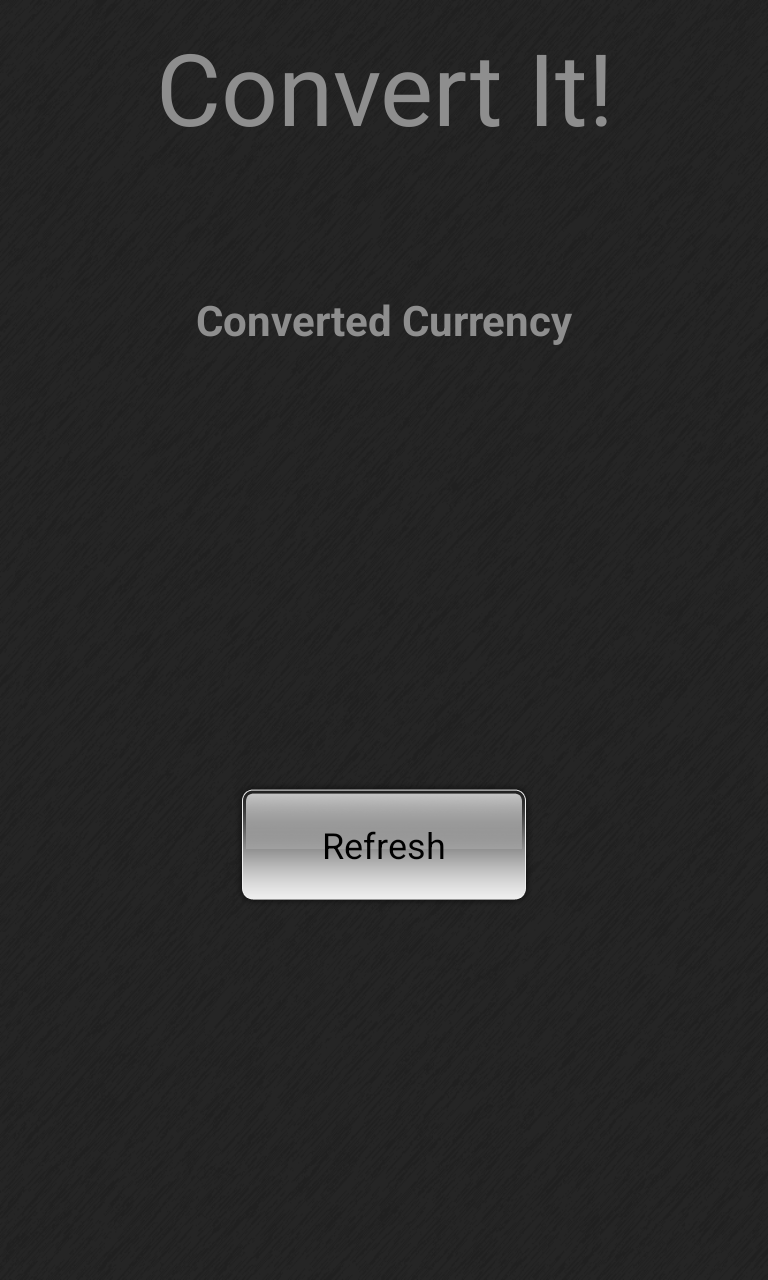
Repository: efreestone/MDF3_Freestone
Layout: ConvertIt/res/layout/activity_main.xml
An editor plug-in stored every save of this project. The layout is shown before and after the next save, followed by the edit.
It is drawn on a 768 x 1280 px phone screen (xhdpi) without system bars, with theme AppTheme; the app's code is not run.

Above is the layout before, as saved 2014-07-11 02:16:03.

After the next save:
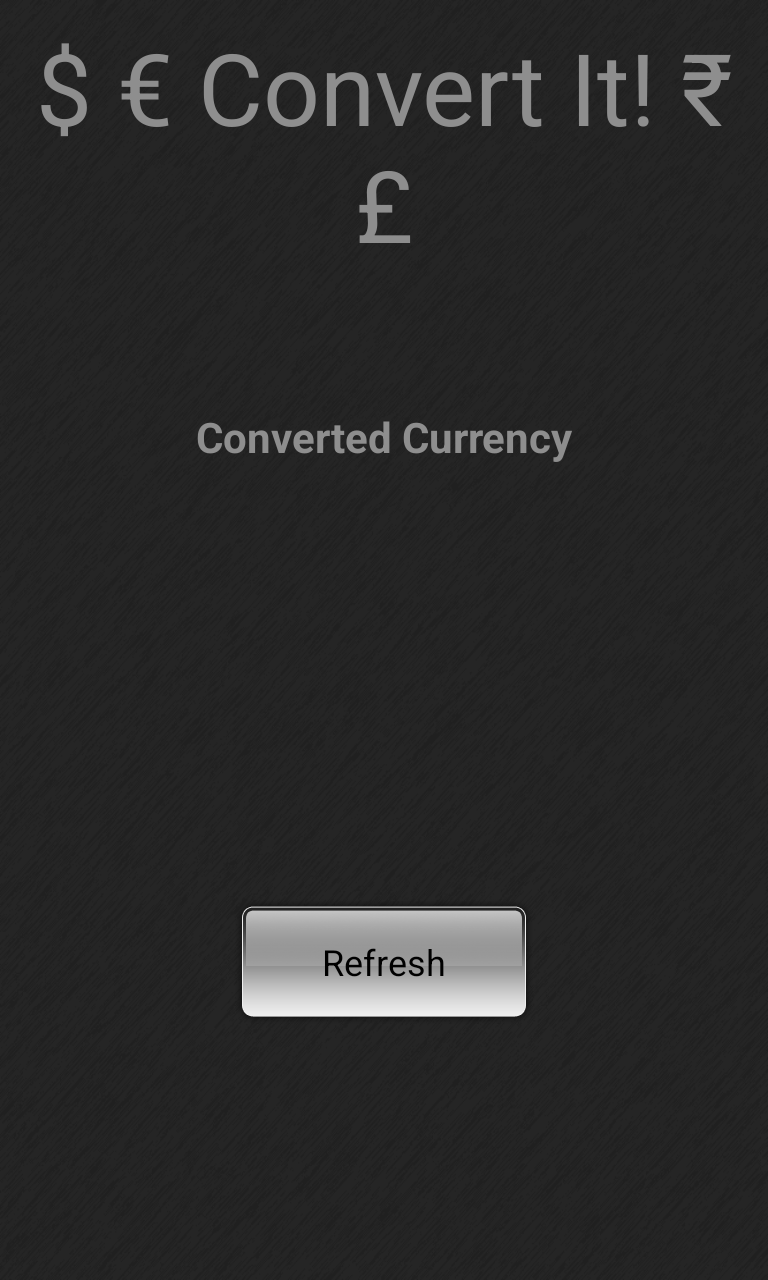
Saved 8 min 21 s later.
--- a/ConvertIt/res/values/strings.xml
+++ b/ConvertIt/res/values/strings.xml
@@ -1,7 +1,7 @@
 <?xml version="1.0" encoding="utf-8"?>
 <resources>
 
-    <string name="app_name">Convert It!</string>
+    <string name="app_name">$ € Convert It! ₹ £</string>
     <string name="hello_world">Hello world!</string>
     <string name="action_settings">Settings</string>
 
